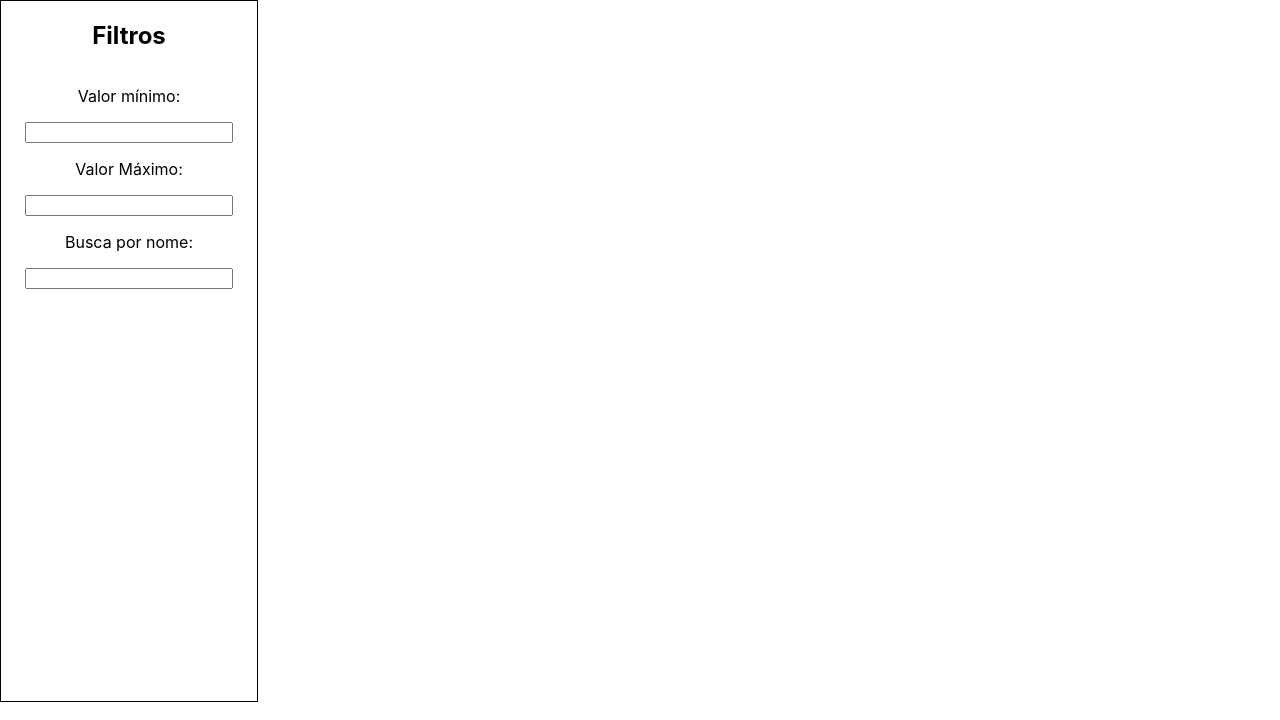
Repository: future4code/Shaw-labe-commerce9
Page: /
An editor plug-in stored every save of this project. The page is shown before and after the next save, followed by the edit.
The browser window is 1280 px wide. The pictures show the whole page.
The project was rebuilt for these pictures with package versions that can differ from the ones it lists, and the page was loaded fresh each time. Also part of the build but not shown: src/App.css.

Above is the page before, as saved 2022-03-30 16:35:50.

### src/App.js
import React from 'react';
import './App.css';
import Filtro from './components/filtro';




class App extends React.Component{
  render(){
    return(

      <div>
      <Filtro />




      </div>


    )
  }

}

export default App

### src/components/filtro.jsx
import React from "react";
import styled from "styled-components";


const ContainerFiltro =styled.div`
display: flex;
flex-direction: column;
justify-content: flex-start;
width: 20%;
border: 1px solid black;
height:700px;
align-items: center;

input{
    width: 200px;

}

`






export default class Filtro extends React.Component {

    state = {
        inputValorMin:100,
        inputValorMax:'',
        inputBuscaNome:''
    }




onChangeFilter =(event) => {

this.setState({

    inputValorMin: event.target.value,
    inputValorMax: event.target.value,
    inputBuscaNome: event.target.value

})

}


    render(){

        return(

        <ContainerFiltro>

        <h2>Filtros</h2>
        <p>Valor mínimo: </p>
        <input type="number" value={this.state.inputValorMin.value} />
        <p>Valor Máximo: </p>
        <input type="number" value={this.state.inputValorMax.value} />
        <p>Busca por nome: </p>
        <input type="text" value={this.state.inputBuscaNome.value}  />


         </ContainerFiltro>

        )
    }
}

Loaded but not shown: public/index.html (common file); src/index.js (common file); src/index.css (common file); src/serviceWorker.js (common file)

After the next save:
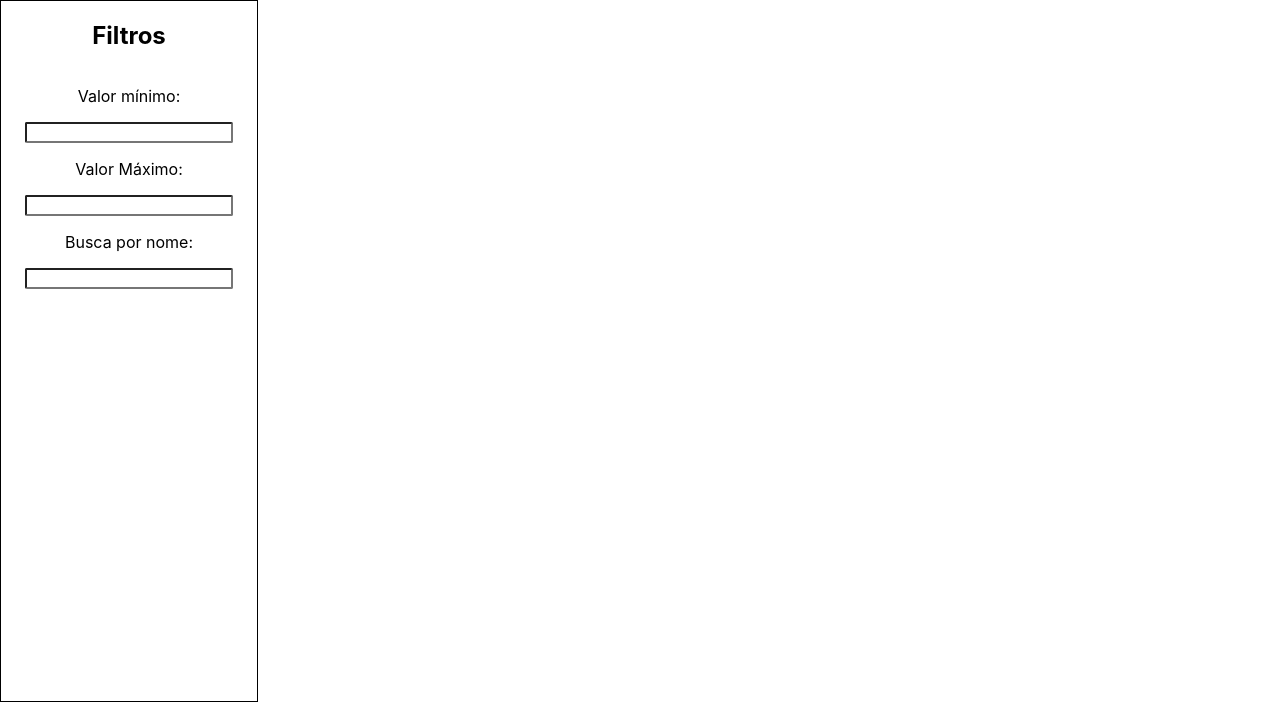
Saved 2 min 52 s later.
--- a/src/components/filtro.jsx
+++ b/src/components/filtro.jsx
@@ -13,7 +13,7 @@ align-items: center;
 
 input{
     width: 200px;
-
+    border-radius: 2px;
 }
 
 `
